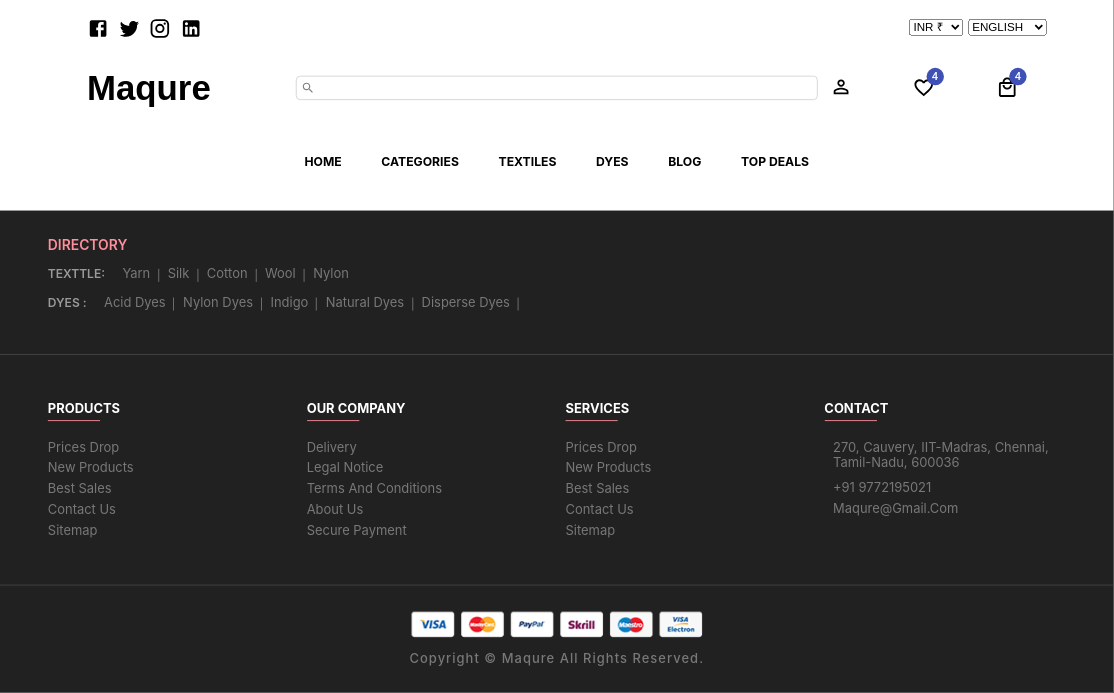
Repository: harshitsingh85420/Maqure
Page: /
The author's editor kept a copy of each file at every save. The page is drawn from the files as they stood at one save, then again after a run of saves.
The browser window is 1280 px wide. The pictures show the whole page, at 87% of full size.
The project was rebuilt for these pictures with package versions that can differ from the ones it lists, and the page was loaded fresh each time.

Above is the page before, as saved 2022-05-26 07:15:01.

After the next 3 saves:
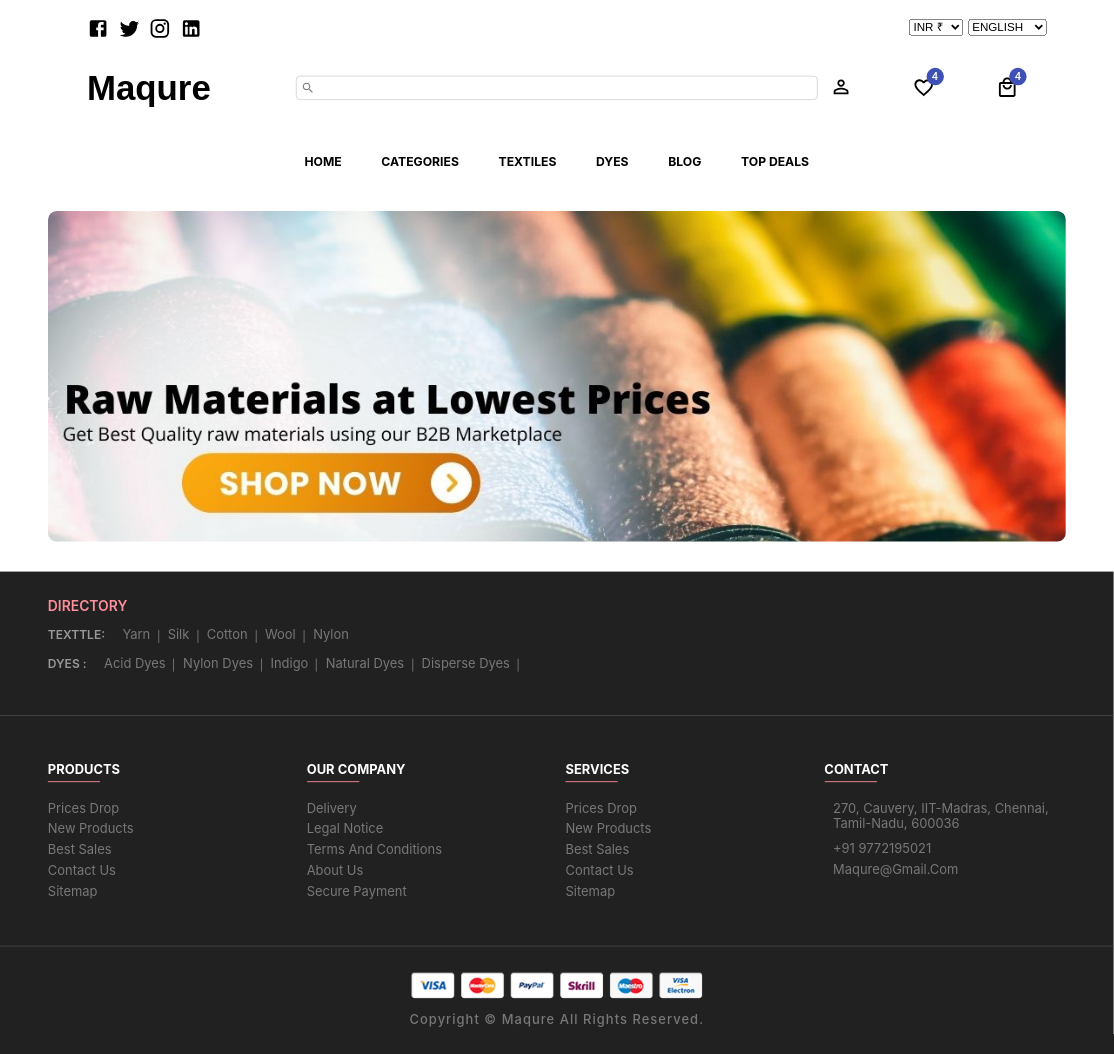
The 3 saves are shown as one change because they came seconds apart.
The last was saved 19 s later.
--- a/src/pages/Home.jsx
+++ b/src/pages/Home.jsx
@@ -1,4 +1,5 @@
 import React from 'react'
+import Banner from '../components/Banner'
 import Footer from '../components/Footer'
 import Header from '../components/Header'
 import Header2 from '../components/Header2'
@@ -10,7 +11,7 @@
         <Header/>
         <Header2/>
         <Navbar />
-
+        <Banner/>
         <Footer/>
     </div>
     )
